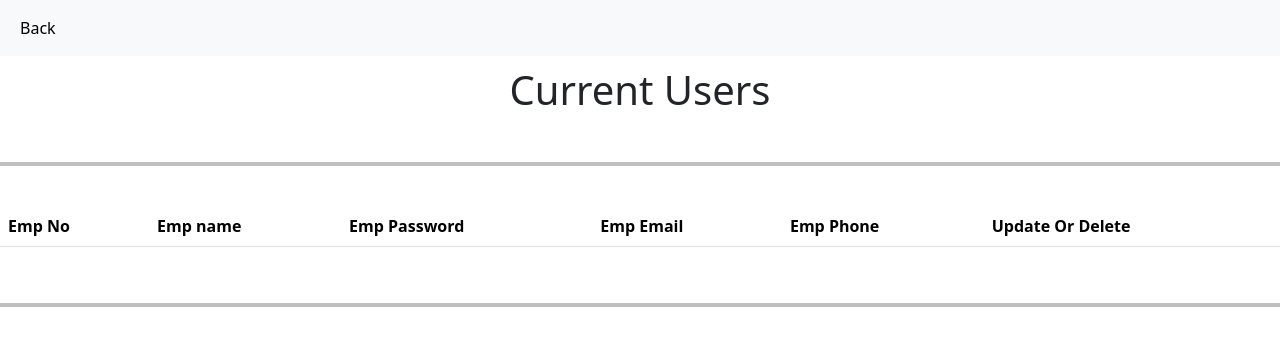
Repository: SachinUthpala/Railway-Reservation
Page: http://localhost/Railway/Curent_sv
These files come from the project's save history. The page is drawn as it stood at one moment and after the next save; the edit follows.
The browser window is 1280 px wide. The pictures show the whole page.
The page is served by Tomcat 9. Queries for data that is not in the repository find no rows.

Above is the page before, as saved 2023-05-19 19:16:02.

After the next save:
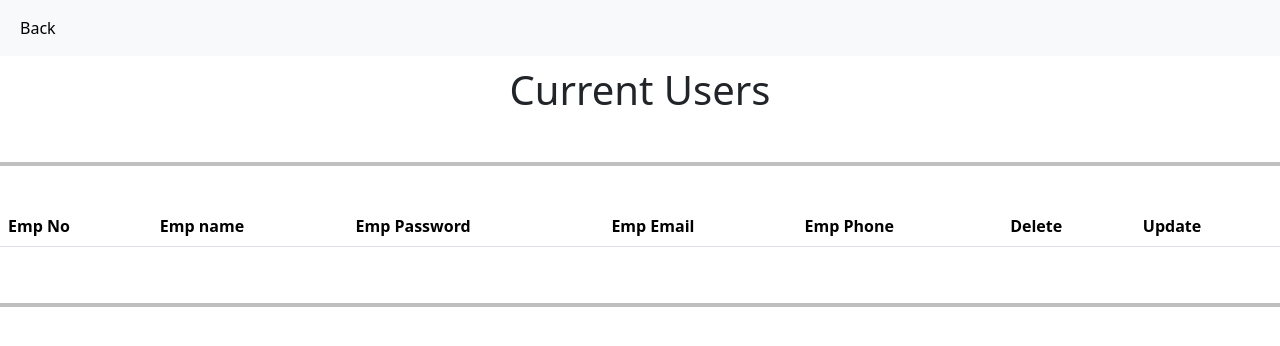
Saved 37 s later.
--- a/Railway/src/main/webapp/Admin/updateAdmin/CurrentAdmins.jsp
+++ b/Railway/src/main/webapp/Admin/updateAdmin/CurrentAdmins.jsp
@@ -43,7 +43,8 @@
       <th scope="col">Emp Password</th>
       <th scope="col">Emp Email</th>
       <th scope="col">Emp Phone</th>
-      <th scope="col">Update Or Delete</th>
+      <th scope="col">Delete</th>
+      <th scope="col">Update</th>
     </tr>
   </thead>
   <tbody>
